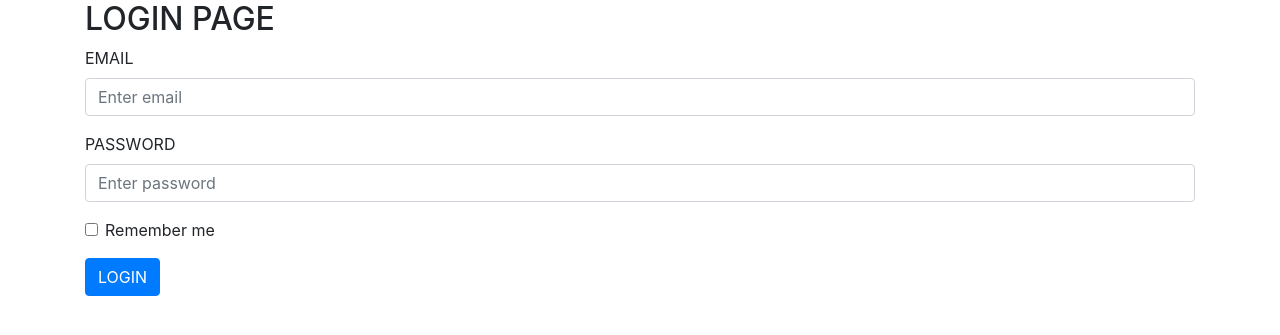
Repository: v-honey-b/Project02_BasicWebPage
Page: http://localhost/_jsp3_project/member/login.jsp
The author's editor kept a copy of each file at every save. The page is drawn from the files as they stood at one save, then again after the next save.
The browser window is 1280 px wide. The pictures show the whole page.
The page is served by Tomcat 9. Other server files are loaded and not shown.

Above is the page before, as saved 2022-08-29 06:18:13.

### _jsp3_project/src/main/webapp/member/login.jsp
<%@ page language="java" contentType="text/html; charset=UTF-8"
    pageEncoding="UTF-8"%>
<%@ taglib prefix="c" uri="http://java.sun.com/jsp/jstl/core" %>
<!DOCTYPE html>
<html lang="en">
<head>
  <title>LOGIN</title>
  <meta charset="utf-8">
  <meta name="viewport" content="width=device-width, initial-scale=1">
  <link rel="stylesheet" href="https://cdn.jsdelivr.net/npm/bootstrap@4.6.1/dist/css/bootstrap.min.css">
  <script src="https://cdn.jsdelivr.net/npm/jquery@3.6.0/dist/jquery.slim.min.js"></script>
  <script src="https://cdn.jsdelivr.net/npm/popper.js@1.16.1/dist/umd/popper.min.js"></script>
  <script src="https://cdn.jsdelivr.net/npm/bootstrap@4.6.1/dist/js/bootstrap.bundle.min.js"></script>
</head>
<body>

<div class="container">
  <h2>LOGIN PAGE</h2>
  <form action="/mem/login_auth" method="post">
    <div class="form-group">
      <label for="email">EMAIL</label>
      <input type="email" class="form-control" id="email" placeholder="Enter email" name="email">
    </div>
    <div class="form-group">
      <label for="pwd">PASSWORD</label>
      <input type="password" class="form-control" id="pwd" placeholder="Enter password" name="pwd">
    </div>
    <div class="form-group form-check">
      <label class="form-check-label">
        <input class="form-check-input" type="checkbox" name="remember"> Remember me
      </label>
    </div>
    <button type="submit" class="btn btn-primary">LOGIN</button>
  </form>
</div>

</body>
</html>
<!-- <!DOCTYPE html>
<html>
<head>
<meta charset="UTF-8">
<title>LOGIN</title>
</head>
<body>
	<h1>LOGIN PAGE</h1>
	<form action="/mem/login_auth" method="post">
		EMAIL : <input type="email" name="email"> <br>
		PASSWORD : <input type="password" name="pwd"> <br>
		<button type="submit">LOGIN</button>
	</form>
</body>
</html> -->

After the next save:
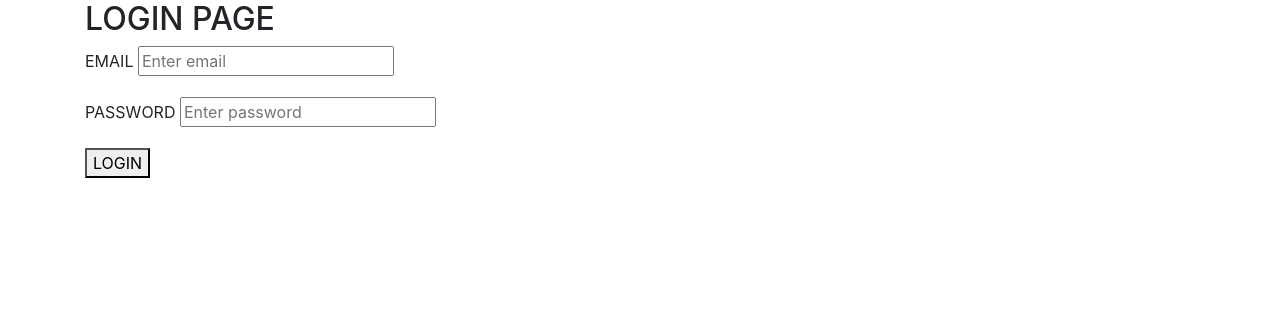
Saved 110 s later.
--- a/_jsp3_project/src/main/webapp/member/login.jsp
+++ b/_jsp3_project/src/main/webapp/member/login.jsp
@@ -19,18 +19,13 @@
   <form action="/mem/login_auth" method="post">
     <div class="form-group">
       <label for="email">EMAIL</label>
-      <input type="email" class="form-control" id="email" placeholder="Enter email" name="email">
+      <input type="email" placeholder="Enter email" name="email">
     </div>
     <div class="form-group">
       <label for="pwd">PASSWORD</label>
-      <input type="password" class="form-control" id="pwd" placeholder="Enter password" name="pwd">
+      <input type="password" placeholder="Enter password" name="pwd">
     </div>
-    <div class="form-group form-check">
-      <label class="form-check-label">
-        <input class="form-check-input" type="checkbox" name="remember"> Remember me
-      </label>
-    </div>
-    <button type="submit" class="btn btn-primary">LOGIN</button>
+    <button type="submit">LOGIN</button>
   </form>
 </div>
 
